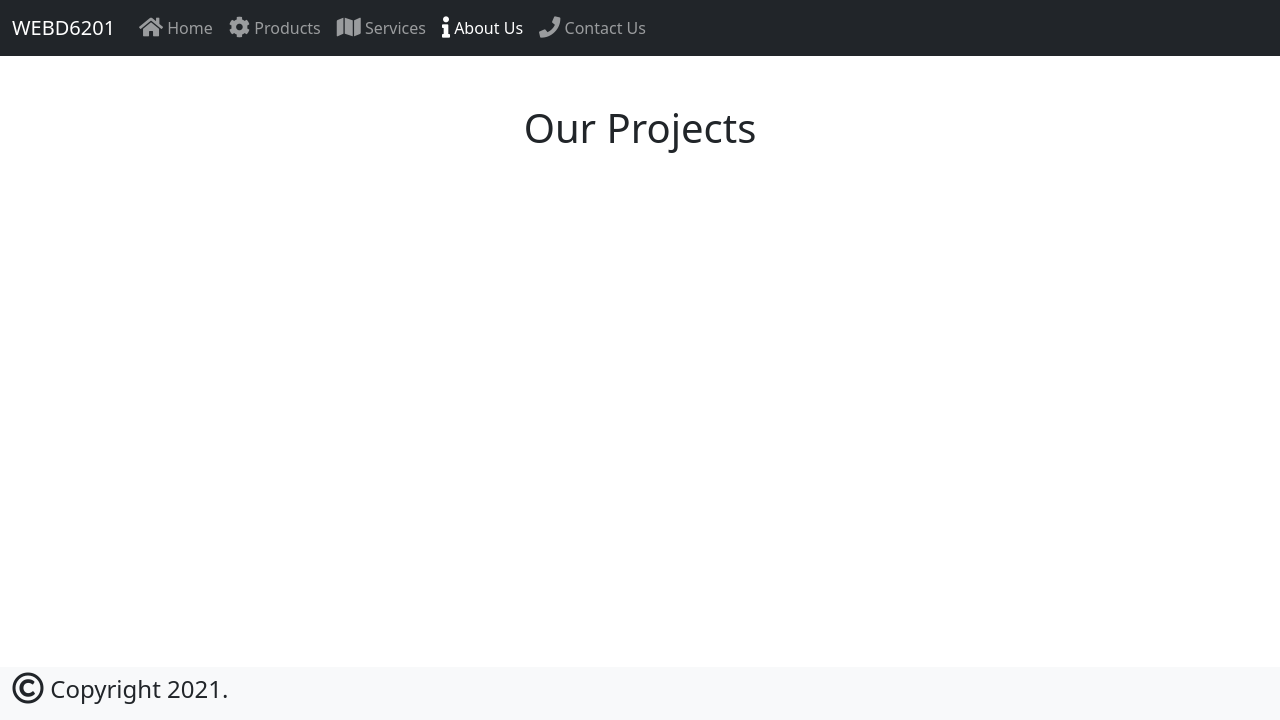
Repository: alto4/Lab-2-Nick-Scott-WEBD6201
Page: products.html
These files come from the project's save history. The page is drawn as it stood at one moment and after a run of saves; the edit follows.
The browser window is 1280 px wide. The pictures show the whole page.

Above is the page before, as saved 2021-02-01 10:17:24.

### products.html
<!DOCTYPE html>
<html lang="en">

<head>
  <meta charset="UTF-8">
  <meta name="viewport" content="width=device-width, initial-scale=1.0">
  <title>Projects</title>
  <!-- CSS Section -->
  <link rel="stylesheet" href="./node_modules/bootstrap/dist/css/bootstrap.min.css">
  <link rel="stylesheet" href="./node_modules/@fortawesome/fontawesome-free/css/all.min.css">
  <link rel="stylesheet" href="./Content/app.css">
</head>

<body>
  <!-- Main Header -->
  <header>
    <!-- Main Navigation -->
    <nav class="navbar navbar-expand-lg navbar-dark bg-dark">
      <div class="container-fluid">
        <a class="navbar-brand" href="index.html">WEBD6201</a>
        <button class="navbar-toggler" type="button" data-bs-toggle="collapse" data-bs-target="#navbarSupportedContent"
          aria-controls="navbarSupportedContent" aria-expanded="false" aria-label="Toggle navigation">
          <span class="navbar-toggler-icon"></span>
        </button>
        <div class="collapse navbar-collapse" id="navbarSupportedContent">
          <ul class="navbar-nav me-auto mb-2 mb-lg-0">
            <li class="nav-item">
              <a class="nav-link" aria-current="page" href="index.html"><i class="fas fa-home fa-lg"></i> Home</a>
            </li>

            <li class="nav-item">
              <a class="nav-link" aria-current="page" href="products.html"><i class="fas fa-cog fa-lg"></i> Products</a>
            </li>

            <li class="nav-item">
              <a class="nav-link" aria-current="page" href="services.html"><i class="fas fa-map fa-lg"></i> Services</a>
            </li>

            <li class="nav-item">
              <a class="nav-link active" aria-current="page" href="about.html"><i class="fas fa-info fa-lg"></i> About
                Us</a>
            </li>

            <li class="nav-item">
              <a class="nav-link" aria-current="page" href="contact.html"><i class="fas fa-phone fa-lg"></i> Contact
                Us</a>
            </li>
          </ul>
        </div>
      </div>
    </nav>
  </header>

  <!-- Main Content -->
  <main class="container py-5 text-center">
    <h1>Our Projects</h1>
  </main>

  <!-- Main Footer -->
  <footer>
    <nav class="navbar fixed-bottom navbar-light bg-light">
      <div class="container-fluid">
        <h4><i class="far fa-copyright fa-lg"></i> Copyright 2021.</h4>
      </div>
    </nav>
  </footer>

  <!-- Script Section-->
  <script src="./node_modules/jquery/dist/jquery.min.js"></script>
  <script src="./node_modules/bootstrap/dist/js/bootstrap.bundle.min.js"></script>
  <script src="./Scripts/app.js"></script>
</body>

</html>

### Content/app.css
/* custom css goes here */



.outline {
    color: white;
    text-shadow: -1px -1px 0 #000, 1px -1px 0 #000, -1px 1px 0 #000, 1px 1px 0 #000;
  }

### Scripts/app.js
/* custom JavaScript goes here */

//IIFE - Immediately Invoked Function Expression
//AKA - Anonymous Self-Executing Function
//Closure - limits scope leak

"use strict";
/* Example of a class being created with brand new functions
let myContact =
{
  "firstName":"Nick SF",
  "contactNumber":"905-123-4567",
  "emailAddress":"email@test.com",
  "saysHello":function() { console.log(`${fullName} says Hello!`); },
  "someOtherObject":{  "friendsList":["Tony", "Stephen", "Peter"]  }

};*/


(function()
{

    function displayHome()
    {
      function bgFunction()
      {
      //  mainContent.insertAdjacentHTML(mainContent, "<p>This was added by a butto</p>")
        document.body.style.backgroundImage = "url('Assets/finn.png')";

      }
      document.body.style.backgroundColor = "#49A4B0";
      //document.querySelector("body").style.background = "url(../Assets/finn.png)";

        let paragraphOneText =
          "This is a simple site to demonstrate DOM Manipulation for ICE 1";

        let paragraphOneElement = document.getElementById("paragraphOne");

        paragraphOneElement.textContent = paragraphOneText;
        paragraphOneElement.className = "fs-5";

        // Step 1. document.createElement
        let newParagraph = document.createElement("p");
        // Step 2. configure the element
        newParagraph.setAttribute("id", "paragraphTwo");
        newParagraph.textContent = "...And this is paragraph two";
        // Step 3. select the parent element
        let mainContent = document.getElementsByTagName("main")[0];
        // Step 4. Add / Insert the element
        mainContent.appendChild(newParagraph);

        newParagraph.className = "fs-6";

        // another way of injecting content
        let paragraphDiv = document.createElement("div");
        let paragraphThree = `<p id="paragraphThree" class="fs-7 fw-bold">And this is the Third Paragraph</p>`;
        paragraphDiv.innerHTML = paragraphThree;

        // insertions

        // example of inserting before a node
        //newParagraph.before(paragraphDiv);

        // example of inserting after a node
        newParagraph.after(paragraphDiv);

        // deletions

        // example of removing a single element
        //paragraphOneElement.remove();

        // example of removeChild
        mainContent.removeChild(paragraphOneElement);

        // update / modification
        //mainContent.firstElementChild.textContent = "Welcome Home!";

        mainContent.innerHTML = `<h1 id="firstHeading" class="text-light outline">Welcome to WEBD6201 - Lab 1</h1>
        <button type="button" id="updateBackground" class="btn-lg btn-dark">Update Background Colour!</button>
         <p id="paragraphOne" class="fs-3 fw-bold text-light outline">This is my first Paragraph</p>
        `;

      const backgroundButton = document.querySelector('#updateBackground');

      backgroundButton.addEventListener("click", bgFunction);

    }

    function displayAbout()
    {
      // Grab container element
      const container = document.querySelector(".container");
      // Heading
      const heading = document.createElement("h1");
      heading.innerText = "Meet Scott & Nick";
      heading.style.textDecoration = "underline";
      heading.style.textDecorationColor = "green";
      container.appendChild(heading);

      // About Scott
      const aboutContainer = document.createElement("div");
      const aboutTextContainer = document.createElement("div");
      const aboutText = document.createElement("p");
      aboutTextContainer.classList.add("col-lg-6", "p-4");
      aboutText.innerText = "Scott is a full-stack developer based in Whitby, Ontario. I enjoy woring with JavaScript, Ruby on Rails,\
       and C#. Before coming to Durham College and pursuing a change in career direction, I worked as a cook and musician, and also \
       teach guitar and piano lessons. I love creating things from scratching and breaking down complex problems.";

      aboutTextContainer.appendChild(aboutText);


      // Button to view Scott resume
      const resumeButton = document.createElement("btn");
      resumeButton.innerText = "View Resume";
      resumeButton.classList.add("btn", "btn-success");
      aboutTextContainer.appendChild(resumeButton);

       const aboutImage = document.createElement("div");
      aboutImage.innerHTML = `<img src="../Assets/scottaltonpic.jpg" class="col-lg-6" />`
      aboutImage.classList.add("col-lg-6");
      aboutContainer.classList.add("row");

      aboutContainer.innerHTML = "<h3>Scott Alton</h3>";
      aboutContainer.appendChild(aboutTextContainer);
      aboutContainer.appendChild(aboutImage);
      container.appendChild(aboutContainer);


      // Scott picture
      // Nick picture
      // About Nick
      // Button to view Nick resume
      // Button to view projects and contact
        let newParagraph = document.createElement("p");
        let subheadingText = "About Scott & Nick";

        let paragraphOneElement = document.getElementById("paragraphOne");

    }

    function displayProjects()
    {

    }

    function displayServices()
    {

    }

    function displayContact()
    {
        let messageArea = document.getElementById("messageArea");
        messageArea.hidden = true;

        // form validation
        let fullName = document.getElementById("fullName");
        fullName.addEventListener("blur", function() {
            if(fullName.value.length < 2)
            {
                fullName.focus();
                fullName.select();
                messageArea.hidden = false;
                messageArea.className = "alert alert-danger";
                messageArea.textContent = "Please enter an appropriate Name";
            }
            else
            {
                messageArea.removeAttribute("class");
                messageArea.hidden = true;
            }
        });

        let sendButton = document.getElementById("sendButton");
        sendButton.addEventListener("click", function(event){
            //event.preventDefault();
            let contact = new Contact(fullName.value, contactNumber.value, emailAddress.value);
            console.log(contact.serialize());

            if(contact.serialize()) //checking if the serialized object exists
            {
              localStorage.setItem((localStorage.length + 1).toString(), contact.serialize());
            }

            fullName.value = "";
            contactNumber.value = "";
            emailAddress.value = "";
        });
    }
    function displayContactList()
    {

      if(localStorage.length > 0)
      {
        let contactList = document.getElementById("contactList");

        let data = "";

        for (let index = 0; index < localStorage.length; index++)
        {
          let contactData = localStorage.getItem((index + 1).toString());

          console.log(contactData);

          let contact = new Contact();
          contact.deserialize(contactData);

          data += `<tr>
                  <th scope="row">${index + 1}</th>
                  <td>${contact.FullName}</td>
                  <td>${contact.ContactNumber}</td>
                  <td>${contact.EmailAddress}</td>
                  </tr>`;
        }

        contactList.innerHTML = data;
      }


    }

    function Start()
    {
        console.log("App Started...");

        switch (document.title)
        {
          case "Home":
              displayHome();
            break;
          case "About":
              displayAbout();
            break;
          case "Projects":
              displayProjects();
            break;
          case "Services":
              displayServices();
            break;
          case "Contact":
              displayContact();
            break;
          case "Contact-List":
              displayContactList();
            break;
        }

    }

    window.addEventListener("load", Start);

})();

Loaded but not shown: node_modules/bootstrap/dist/css/bootstrap.min.css (library); node_modules/@fortawesome/fontawesome-free/css/all.min.css (library); node_modules/jquery/dist/jquery.min.js (library); node_modules/bootstrap/dist/js/bootstrap.bundle.min.js (library)

After the next 2 saves:
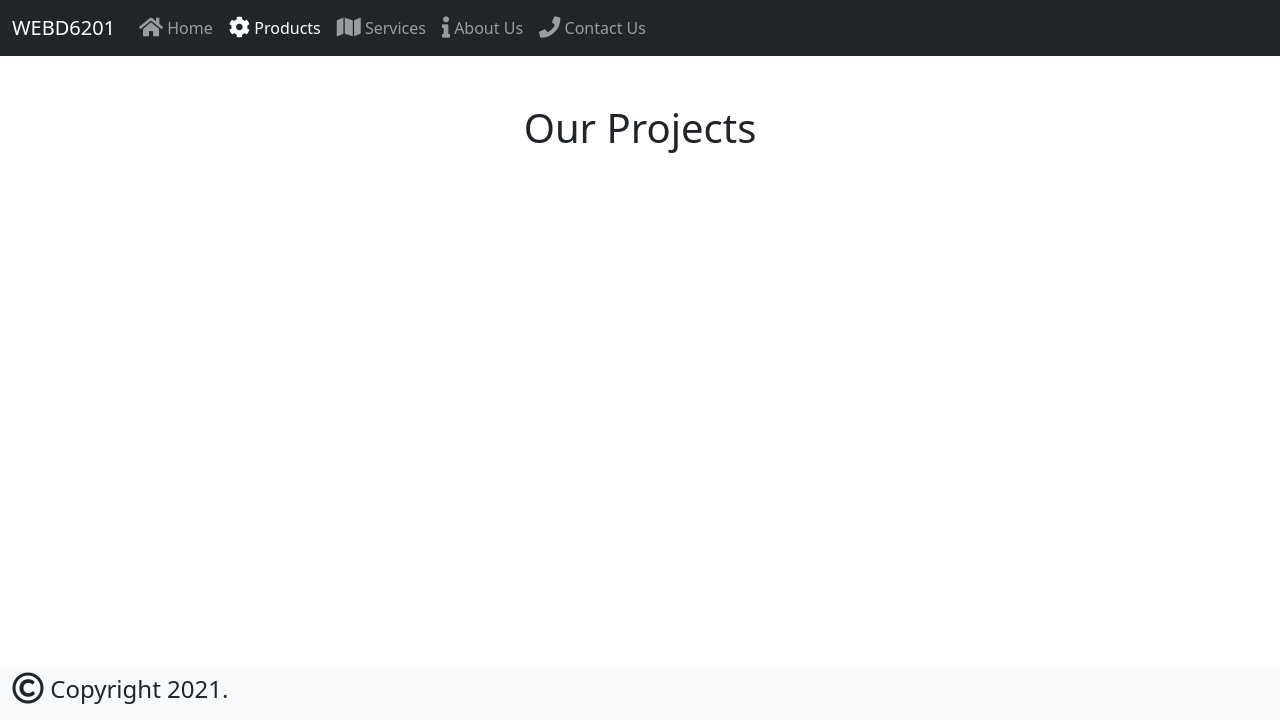
The 2 saves are shown as one change because they came seconds apart.
The last was saved 73 min 19 s later.
--- a/products.html
+++ b/products.html
@@ -29,7 +29,7 @@
             </li>
 
             <li class="nav-item">
-              <a class="nav-link" aria-current="page" href="products.html"><i class="fas fa-cog fa-lg"></i> Products</a>
+              <a class="nav-link active" aria-current="page" href="products.html"><i class="fas fa-cog fa-lg"></i> Products</a>
             </li>
 
             <li class="nav-item">
@@ -37,7 +37,7 @@
             </li>
 
             <li class="nav-item">
-              <a class="nav-link active" aria-current="page" href="about.html"><i class="fas fa-info fa-lg"></i> About
+              <a class="nav-link" aria-current="page" href="about.html"><i class="fas fa-info fa-lg"></i> About
                 Us</a>
             </li>
 
